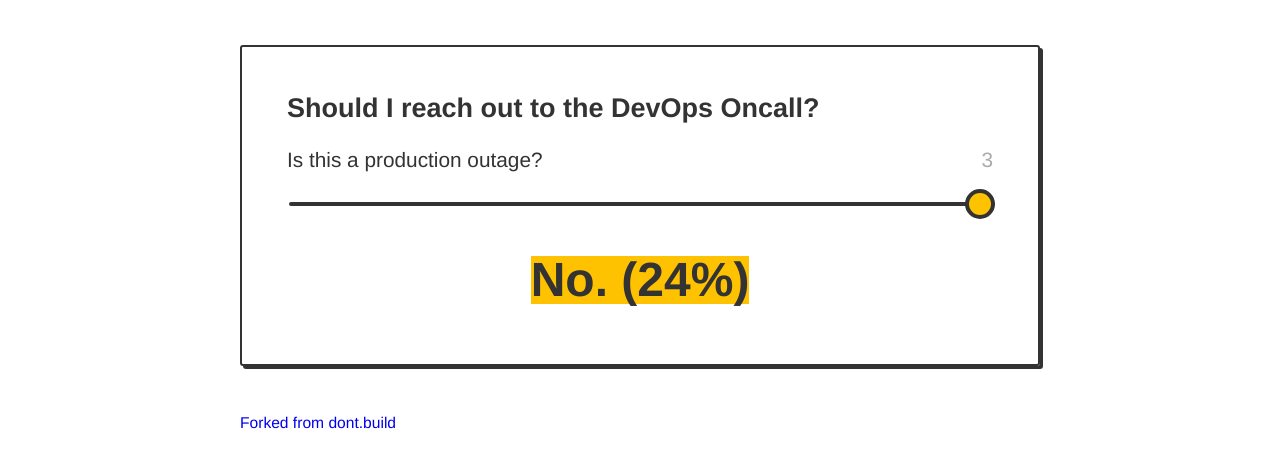
Repository: harishbsrinivas/dont.call
Page: index.html
An editor plug-in stored every save of this project. The page is shown before and after a run of saves, followed by the edit.
The browser window is 1280 px wide. The pictures show the whole page.

Above is the page before, as saved 2022-12-03 17:15:40.

### index.html
<!DOCTYPE html>
<html lang="en-US">

<head>
    <meta charset="utf-8" />
    <title>Should I reach out to the DevOps oncall?</title>
    <meta name="description"
        content="A simple, opinionated decision system to help decide whether to reach out to the Devops oncall?" />
    <link rel="shortcut icon" href="https://dont.build/favicon.png" />
    <meta property="og:image" content="https://dont.build/thumb.png">
    <meta name="viewport" content="width=device-width, initial-scale=1" />
    <link href="style.css?v=2" rel="stylesheet" type="text/css" />
</head>

<body>

    <div class="container">
        <section class="box">
            <h1 class="title">Should I reach out to the DevOps Oncall?</h1>
            <br />
            <form class="form">
                <fieldset class="p-outage">
                    <span class="value"></span>
                    <label>Is this a production outage?</label>
                    <input type="range" min="1" max="3" step="1" value="2" />
                </fieldset>
            </form>
            <h1 class="answer">
                <span><span class="bool"></span> (<span class="percent"></span>)</span>
            </h1>
        </section>

        <noscript>
            <h1>This page requires Javascript to function.</h1>
        </noscript>

        <footer><a href="https://github.com/knadh/dont.build">Forked from dont.build</a>
        </footer>
    </div>


    <script>
        (function () {
            const params = [
                { weight: 0.80, value: 3, negative: false, name: 'p-outage', },
            ]

            params.forEach((p, n) => {
                let net = 0;
                const inp = document.querySelector(`.${p.name} input`);

                inp.value = p.value;
                inp.oninput = (e) => {
                    const val = parseFloat(e.target.value, 64);
                    document.querySelector(`.${p.name} .value`).innerText = val;
                    p.value = val;

                    // Sum all weighted params.
                    const sum = params.reduce((prev, pm) => {
                        let v = pm.value;
                        if (pm.negative) {
                            v = 10 - v;
                        }

                        return prev + (v / 10 * pm.weight);
                    }, 0);

                    // Display the results.
                    document.querySelector(".answer .percent").innerText = `${(sum * 100).toFixed(0)}%`;

                    let b = 'Yes';
                    if (sum < 0.5 && sum > 0.46) {
                        b = `No, but a close call.`;
                    } else if (sum < 0.48) {
                        b = `No.`;
                    } else if (sum > 0.5 && sum < 0.54) {
                        b = `Yes, but a close call.`;
                    } else if (sum === 0.5) {
                        b = '50-50. Go with the gut.';
                    }
                    document.querySelector(".answer .bool").innerText = b;
                };

                inp.dispatchEvent(new Event('input'));
            });
        })();
    </script>

</body>

</html>

### style.css
:root {
    --primary: #ffc200;
    --secondary: #333;
}

* {
    box-sizing: border-box;
}

html, body {
    margin: 0;
}

body {
    font-family: 'Helvetica Neue', 'Segoe UI', Arial, sans-serif;
    font-size: 18px;
    line-height: 24px;
    color: var(--secondary);
    height: 100%;
    margin: 0;
    padding: 0;
}

h1, h2, h3 {
  line-height: 2rem;
}

a {
    text-decoration: none;
}

p {
  color: #666;
}

fieldset {
  padding: 0;
  margin: 0;
  border: 0;
}

input[type="range"] {
  -webkit-appearance: none;
  width: 100%;
  height: 4px;
  background: var(--secondary);
  border-radius: 3px;
}

input[type="range"]::-webkit-slider-thumb {
  -webkit-appearance: none;
  background: var(--primary);
  height: 30px;
  width: 30px;
  border-radius: 50%;
  cursor: pointer;
  border: 4px solid var(--secondary);
}

input[type="range"]::-moz-range-thumb {
  background: var(--primary);
  border-radius: 100%;
  height: 20px;
  width: 20px;
  cursor: pointer;
  border: 4px solid var(--secondary);
}

input[type=range]::-webkit-slider-runnable-track  {
  -webkit-appearance: none;
  box-shadow: none;
  border: none;
  background: transparent;
}


button {
    background: var(--primary);
    cursor: pointer;
    border-color: #000;
    padding: 10px 30px;
}
    button:hover {
        background: #aaa;
    }

.container {
    max-width: 800px;
    margin: 45px auto 30px auto;
}
.box {
    padding: 30px 45px;
    border: 1px solid #ddd;
    border-radius: 3px;
    border: 2px solid var(--secondary);
    box-shadow: 3px 3px 0px var(--secondary);
    margin-bottom: 45px;
}

.container .title {
  margin: 15px 0 0px 0;
}

.help {
  margin-top: 5px;
}

.form {
  clear: both;
}
.form fieldset {
  font-size: 1.3rem;
  margin-bottom: 45px;
}
  .form label {
    display: block;
    margin-bottom: 15px;
  }
  .form .value, .help {
    float: right;
    color: #aaa;
  }

.answer {
  text-align: center;
  margin: 30px 0;
  font-size: 3rem;
  line-height: 3rem;
}
  .answer span {
    display: inline-block;
    background: var(--primary);
  }

footer {
  margin: 30px auto;
  color: #999;
  font-size: 0.975rem;
}

@media (max-width: 800px) {
  .container {
    max-width: none;
    margin: 20px 30px 20px 20px;
    padding: 0;
  }
  .box {
    padding: 0;
    border: 0;
    box-shadow: none;
  }
  .help {
    float: none;
  }
  .form label {
    float: left;
    max-width: 90%;
  }
}


@media (max-width: 400px) {
  .form label {
    max-width: 70%;
  }
}

After the next 2 saves:
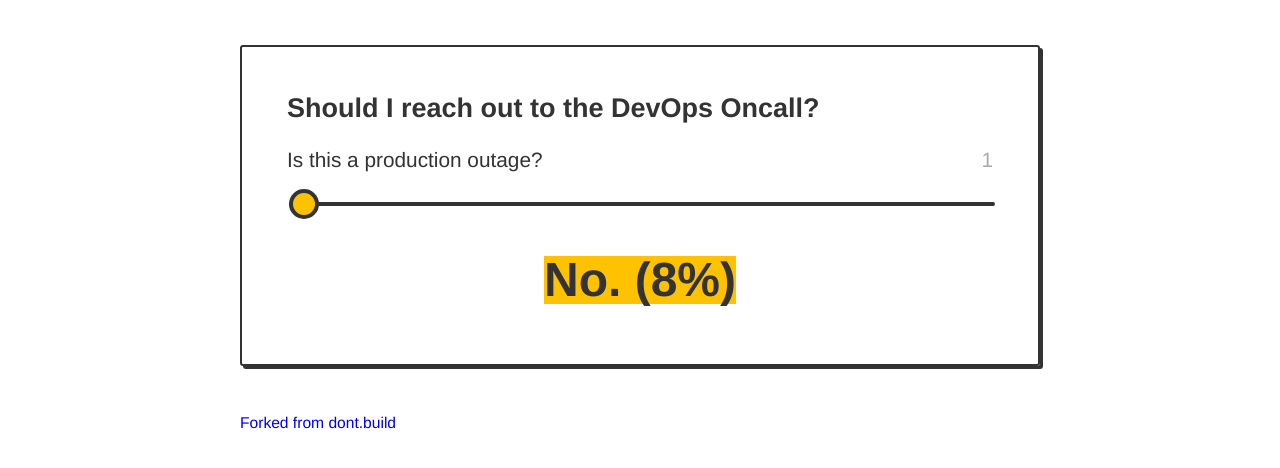
The 2 saves are shown as one change because they came seconds apart.
The last was saved 11 s later.
--- a/index.html
+++ b/index.html
@@ -42,7 +42,7 @@
     <script>
         (function () {
             const params = [
-                { weight: 0.80, value: 3, negative: false, name: 'p-outage', },
+                { weight: 0.80, value: 1, negative: false, name: 'p-outage', },
             ]
 
             params.forEach((p, n) => {
